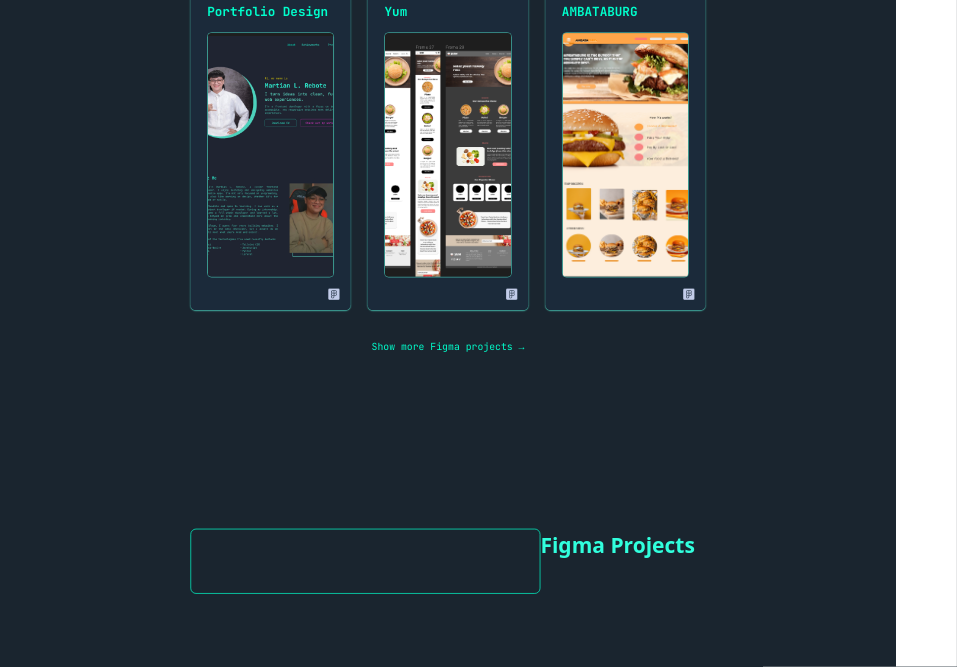
Repository: m4rsu-code/Portfolio
Page: / (app in my-portfolio/)
The author's editor kept a copy of each file at every save. The page is drawn from the files as they stood at one save, then again after the next save.
The browser window is 1280 px wide. The page is 1367 px wide, so the pictures cover 1367 px, including what lies to the right of the window. The pictures show the part of the page from y = 3845 to 5605 px (the page is 4798 px tall before and 5605 px after), at 70% of full size.
The project was rebuilt for these pictures with package versions that can differ from the ones it lists, and the page was loaded fresh each time. Also part of the build but not shown: my-portfolio/vite.config.js, my-portfolio/src/assets/components/Modal/AchievementModal.jsx, my-portfolio/src/AchievementsPage.jsx, my-portfolio/src/ProjectPage.jsx, my-portfolio/src/FigmaProjectsPage.jsx.

Above is the page before, as saved 2025-08-04 18:11:49.

After the next save:
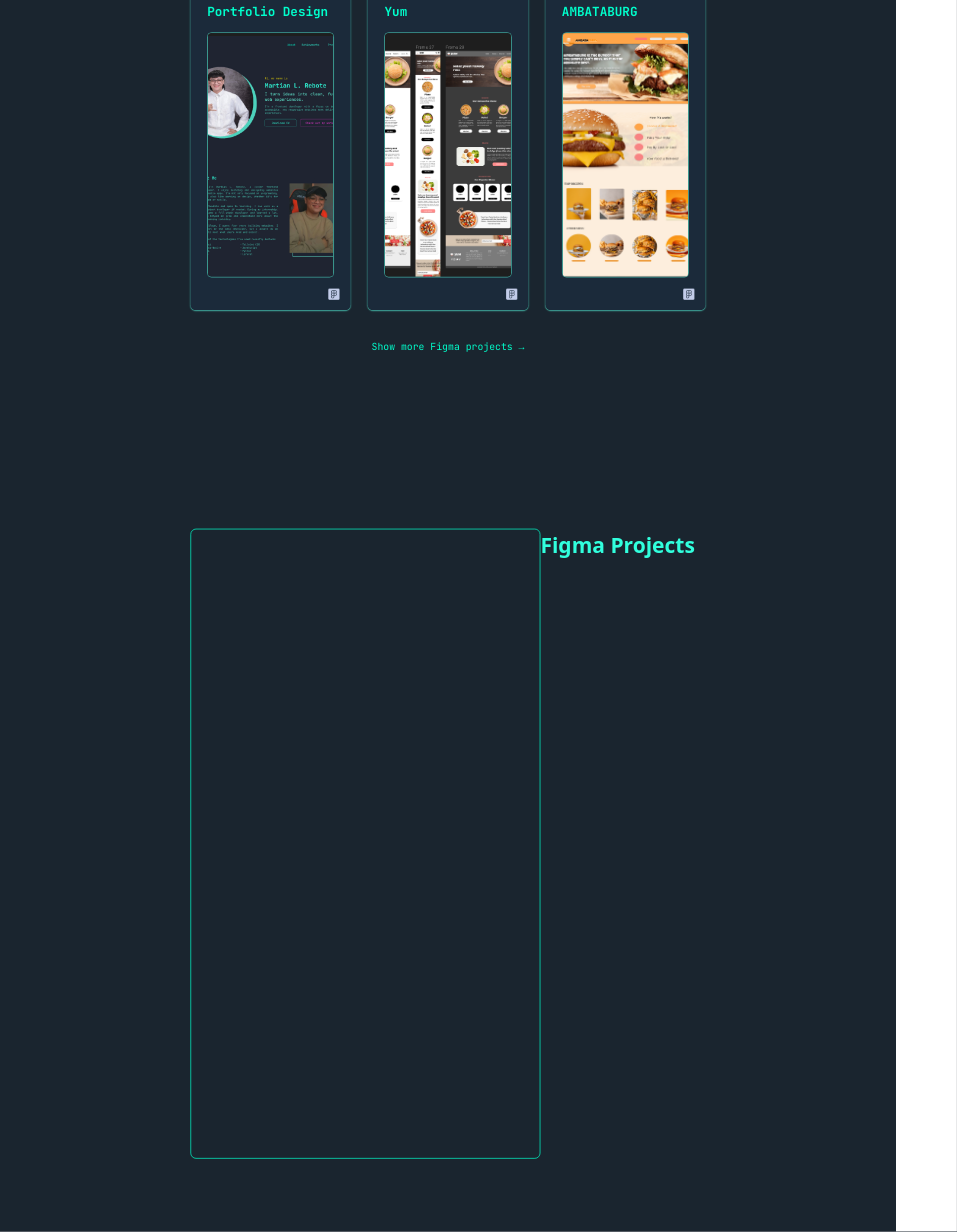
Saved 12 s later.
--- a/my-portfolio/src/App.jsx
+++ b/my-portfolio/src/App.jsx
@@ -334,7 +334,7 @@ function App() {
         {/* Contact section */}
         <div className='className="flex flex-col mt-30 px-8 py-16 font-jetbrains-mono"'>
           <div className='flex'>
-            <div className='border border-[#00FFCC] w-[500px] rounded-lg'></div>
+            <div className='border border-[#00FFCC] w-[500px] rounded-lg h-[900px]'></div>
             <h2 className="text-[#31FFDD] text-[30px] text-center font-bold mb-12">Figma Projects</h2>
           </div>
         </div>
